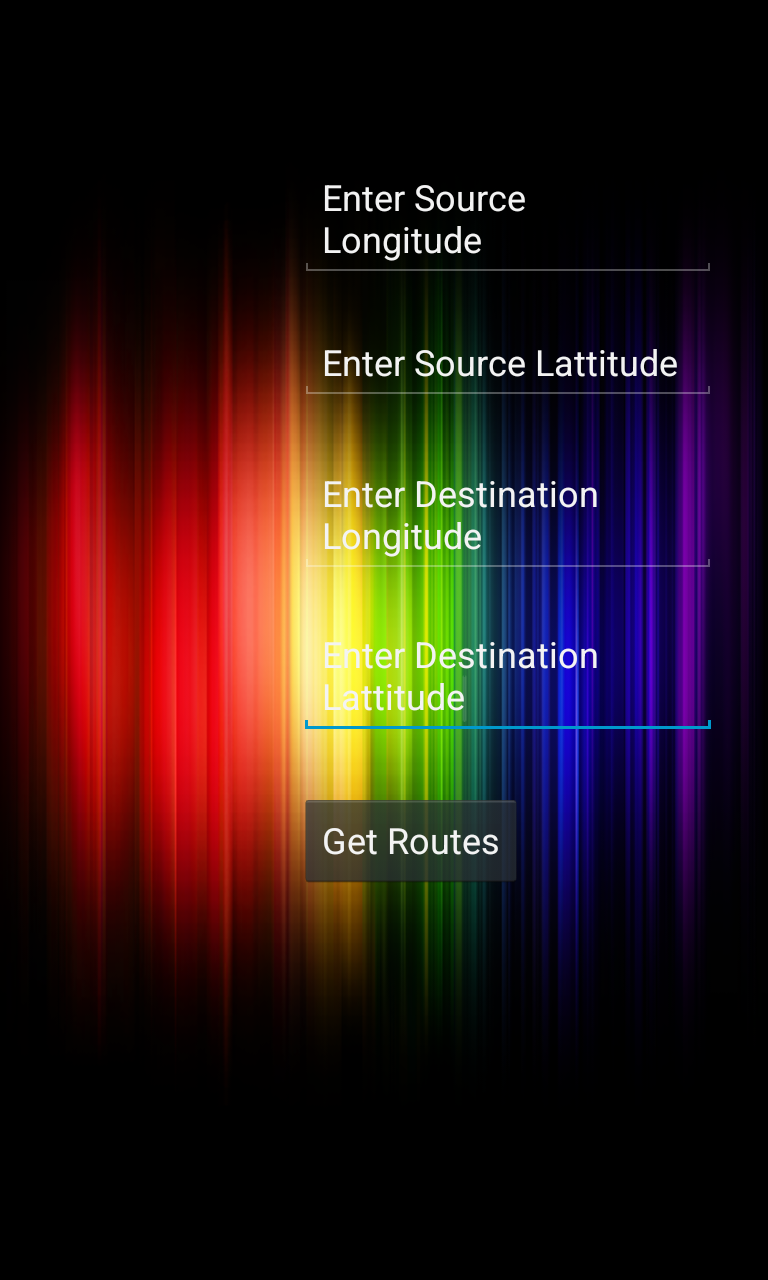
Repository: pratiksanglikar/Mobile-Based-Intelligent-Transport-System
Layout: BEProjectAndroidUI/BEProject/res/layout/activity_source_destination.xml
These files come from the project's save history. The layout is drawn as it stood at one moment and after the next save; the edit follows.
It is drawn on a 768 x 1280 px phone screen (xhdpi) without system bars, with theme FullscreenTheme; the app's code is not run.

Above is the layout before, as saved 2013-01-07 14:34:23.

### BEProjectAndroidUI/BEProject/res/layout/activity_source_destination.xml
<FrameLayout xmlns:android="http://schemas.android.com/apk/res/android"
    xmlns:tools="http://schemas.android.com/tools"
    android:layout_width="match_parent"
    android:layout_height="match_parent"
    android:background="@drawable/flash1_screen"
    tools:context=".SourceDestination" >

    <!--
         The primary full-screen view. This can be replaced with whatever view
         is needed to present your content, e.g. VideoView, SurfaceView,
         TextureView, etc.
    -->

    <!--
         This FrameLayout insets its children based on system windows using
         android:fitsSystemWindows.
    -->

    <RelativeLayout
        android:id="@+id/realtive_layout"
        android:layout_width="match_parent"
        android:layout_height="match_parent"
        android:background="@drawable/flash_screen" >

        <AutoCompleteTextView
            android:id="@+id/editText_destination"
            android:layout_width="wrap_content"
            android:layout_height="wrap_content"
            android:layout_alignRight="@+id/editText_source"
            android:layout_below="@+id/editText_source"
            android:layout_marginTop="22dp"
            android:ems="10"
            android:text="@string/prompt_source_lattitude" />

        <AutoCompleteTextView
            android:id="@+id/editText_source"
            android:layout_width="wrap_content"
            android:layout_height="wrap_content"
            android:layout_alignParentRight="true"
            android:layout_alignParentTop="true"
            android:layout_marginRight="25dp"
            android:layout_marginTop="79dp"
            android:ems="10"
            android:text="@string/prompt_source_longitude" />

        <AutoCompleteTextView
            android:id="@+id/AutoCompleteTextView02"
            android:layout_width="wrap_content"
            android:layout_height="wrap_content"
            android:layout_alignRight="@+id/editText_destination"
            android:layout_below="@+id/editText_destination"
            android:layout_marginTop="26dp"
            android:ems="10"
            android:text="@string/Prompt_Destination_long" />

        <AutoCompleteTextView
            android:id="@+id/AutoCompleteTextView01"
            android:layout_width="wrap_content"
            android:layout_height="wrap_content"
            android:layout_alignLeft="@+id/AutoCompleteTextView02"
            android:layout_below="@+id/AutoCompleteTextView02"
            android:layout_marginTop="20dp"
            android:ems="10"
            android:text="@string/Prompt_Destination_lattitude" >

            <requestFocus />
        </AutoCompleteTextView>

        <Button
            android:id="@+id/button_get_directions"
            android:layout_width="wrap_content"
            android:layout_height="wrap_content"
            android:layout_alignLeft="@+id/AutoCompleteTextView01"
            android:layout_below="@+id/AutoCompleteTextView01"
            android:layout_marginTop="28dp"
            android:text="@string/button_get_routes" />

    </RelativeLayout>

</FrameLayout>

### BEProjectAndroidUI/BEProject/res/values/strings.xml
<?xml version="1.0" encoding="utf-8"?>
<resources>

    <string name="app_name">PARS ITS</string>
    <string name="dummy_content">DUMMY\nCONTENT</string>
    <string name="dummy_button">Dummy Button</string>
    <string name="button_get_routes">Get Routes</string>
    <string name="edittext_source">Enter Source Longitude</string>
    <string name="prompt_source_longitude">Enter Source Longitude</string>
    <string name="prompt_source_lattitude">Enter Source Lattitude</string>
    <string name="button_get_directions">Get Routes</string>
    <string name="hello_world">Hello world!</string>
    <string name="menu_settings">Settings</string>
    <string name="title_activity_maps">MapsActivity</string>
    <string name="title_activity_maps1">Maps1Activity</string>
    <string name="Prompt_Destination_long">Enter Destination Longitude</string>
    <string name="Prompt_Destination_lattitude">Enter Destination Lattitude</string>

</resources>

Loaded but not shown: BEProjectAndroidUI/BEProject/res/values-v11/styles.xml (common file); BEProjectAndroidUI/BEProject/res/values/styles.xml (common file); BEProjectAndroidUI/BEProject/res/values/colors.xml (common file)

After the next save:
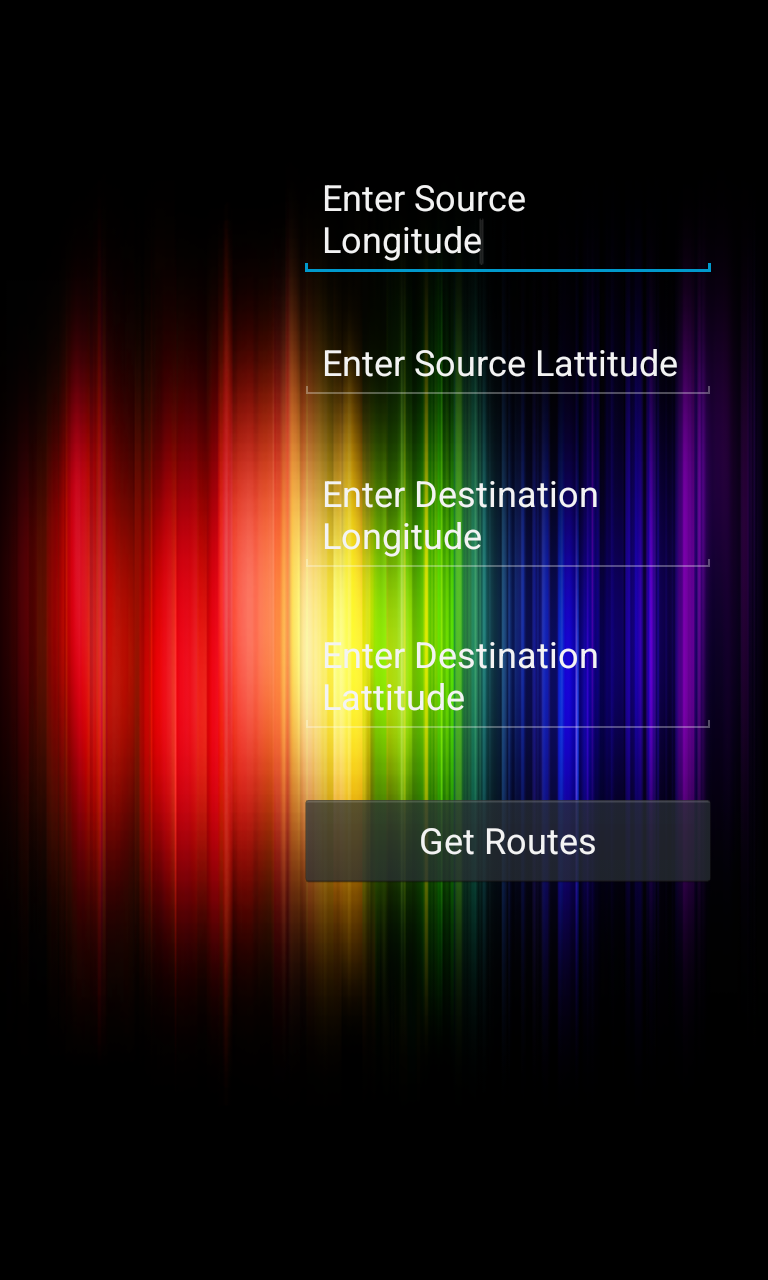
Saved 74 s later.
--- a/BEProjectAndroidUI/BEProject/res/layout/activity_source_destination.xml
+++ b/BEProjectAndroidUI/BEProject/res/layout/activity_source_destination.xml
@@ -41,7 +41,11 @@
             android:layout_marginRight="25dp"
             android:layout_marginTop="79dp"
             android:ems="10"
-            android:text="@string/prompt_source_longitude" />
+            android:text="@string/prompt_source_longitude" >
+
+            <requestFocus />
+
+        </AutoCompleteTextView>
 
         <AutoCompleteTextView
             android:id="@+id/AutoCompleteTextView02"
@@ -62,8 +66,6 @@
             android:layout_marginTop="20dp"
             android:ems="10"
             android:text="@string/Prompt_Destination_lattitude" >
-
-            <requestFocus />
         </AutoCompleteTextView>
 
         <Button
@@ -71,6 +73,7 @@
             android:layout_width="wrap_content"
             android:layout_height="wrap_content"
             android:layout_alignLeft="@+id/AutoCompleteTextView01"
+            android:layout_alignRight="@+id/AutoCompleteTextView01"
             android:layout_below="@+id/AutoCompleteTextView01"
             android:layout_marginTop="28dp"
             android:text="@string/button_get_routes" />
